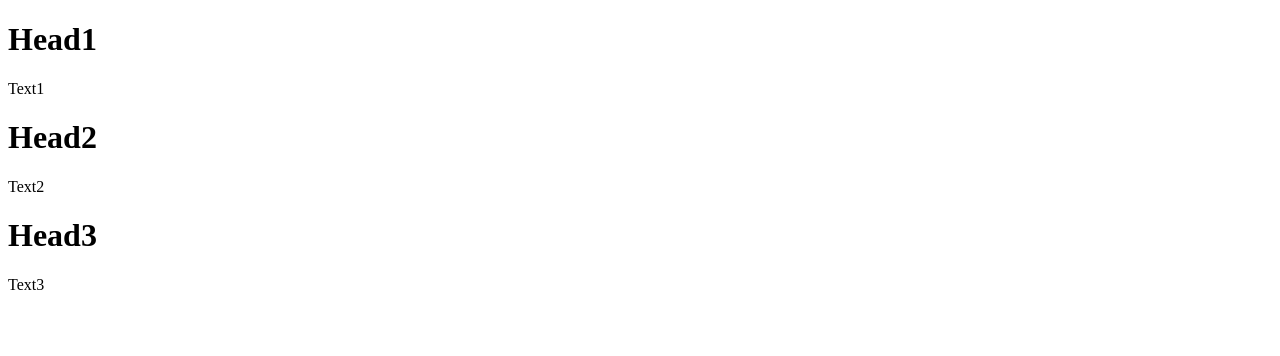
Repository: lixinso/html5
Page: workspace/CSS3/WebContent/selector_insert/selector_numbering.html
The author's editor kept a copy of each file at every save. The page is drawn from the files as they stood at one save, then again after the next save.
The browser window is 1280 px wide. The pictures show the whole page.

Above is the page before, as saved 2011-05-27 16:12:28.

After the next save:
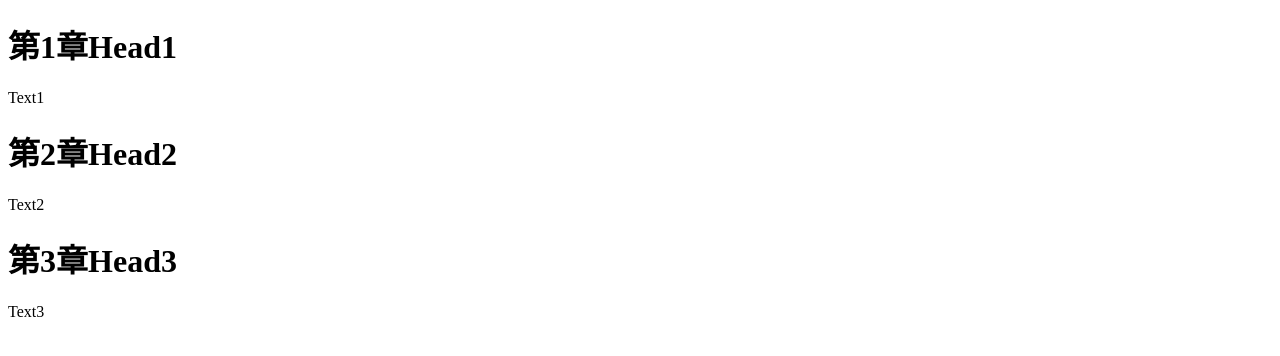
Saved 20 s later.
--- a/workspace/CSS3/WebContent/selector_insert/selector_numbering.html
+++ b/workspace/CSS3/WebContent/selector_insert/selector_numbering.html
@@ -7,7 +7,7 @@
 	<style type="text/css">
 
 		h1:before{
-			content: '第'counter(mycounter) 章;
+			content: '第'counter(mycounter) '章';
 		}
 		h1{
 			counter-increment: mycounter;
